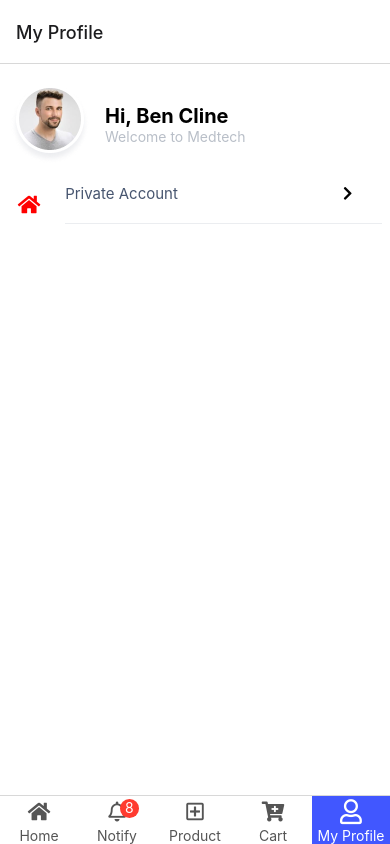
Repository: ntu34543/designReactNative
Screen: /My Profile
The author's editor kept a copy of each file at every save. The screen is drawn from the files as they stood at one save, then again after the next save.
The app was drawn by React Native's web renderer in a window 390 px wide. The project was rebuilt for these pictures with package versions that can differ from the ones it lists, and the page was loaded fresh each time. Also part of the build but not shown: page/DiabetesCare.js, page/Notify.js, page/Cart.js.

Above is the screen before, as saved 2022-11-02 10:52:45.

After the next save:
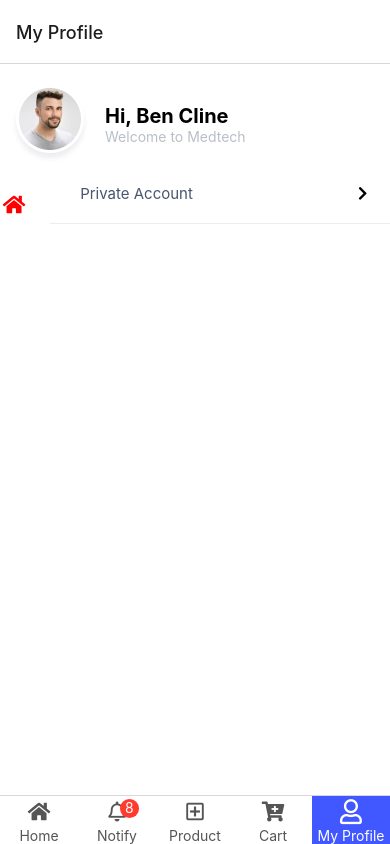
Saved 5 s later.
--- a/page/Profile.js
+++ b/page/Profile.js
@@ -85,7 +85,7 @@ const styles = StyleSheet.create({
     marginLeft: 25,
     alignItems: "center",
     paddingRight: 30,
-    paddingRight: 30,
+    paddingLeft: 30,
     paddingBottom: 20,
   },
   text3: {
